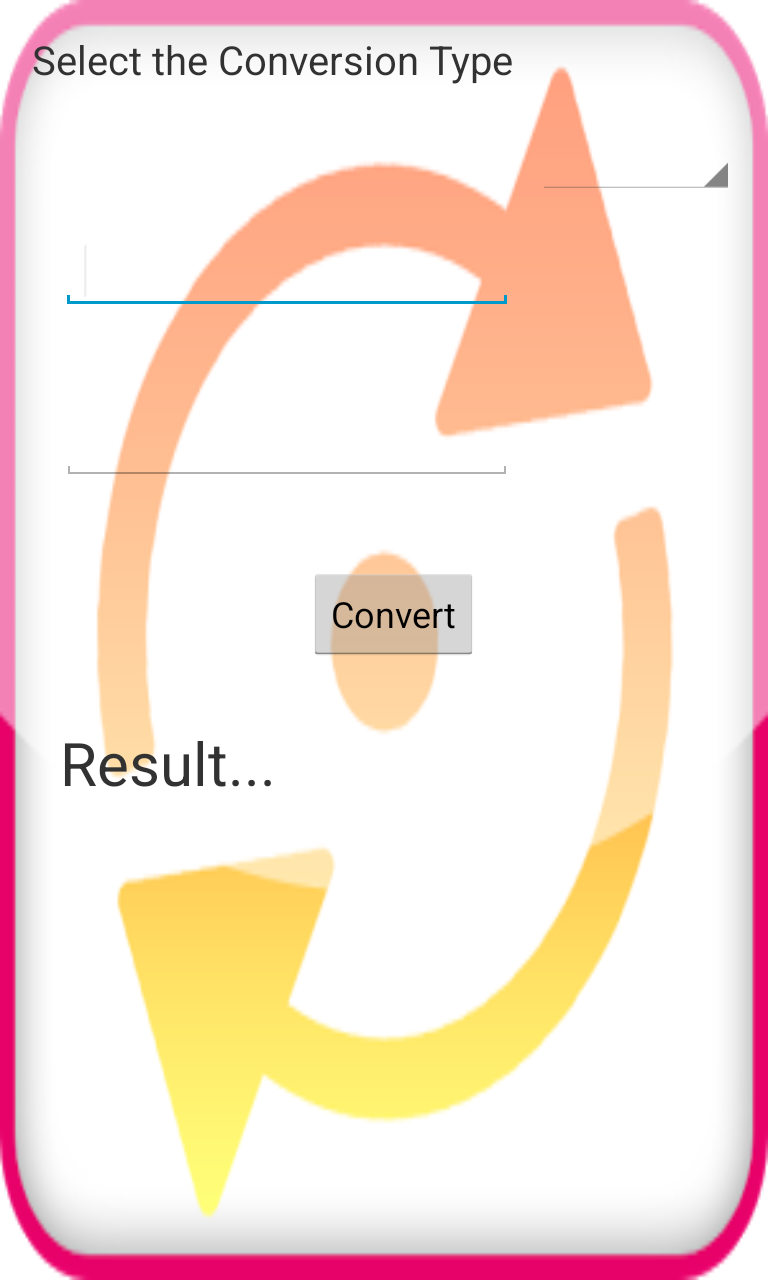
Repository: Shruthi06/designed-droid
Layout: conversion_assignment/res/layout/activity_main.xml
The author's editor kept a copy of each file at every save. The layout is drawn from the files as they stood at one save, then again after the next save.
It is drawn on a 768 x 1280 px phone screen (xhdpi) without system bars, with theme AppTheme; the app's code is not run.

Above is the layout before, as saved 2016-02-05 08:21:20.

After the next save:
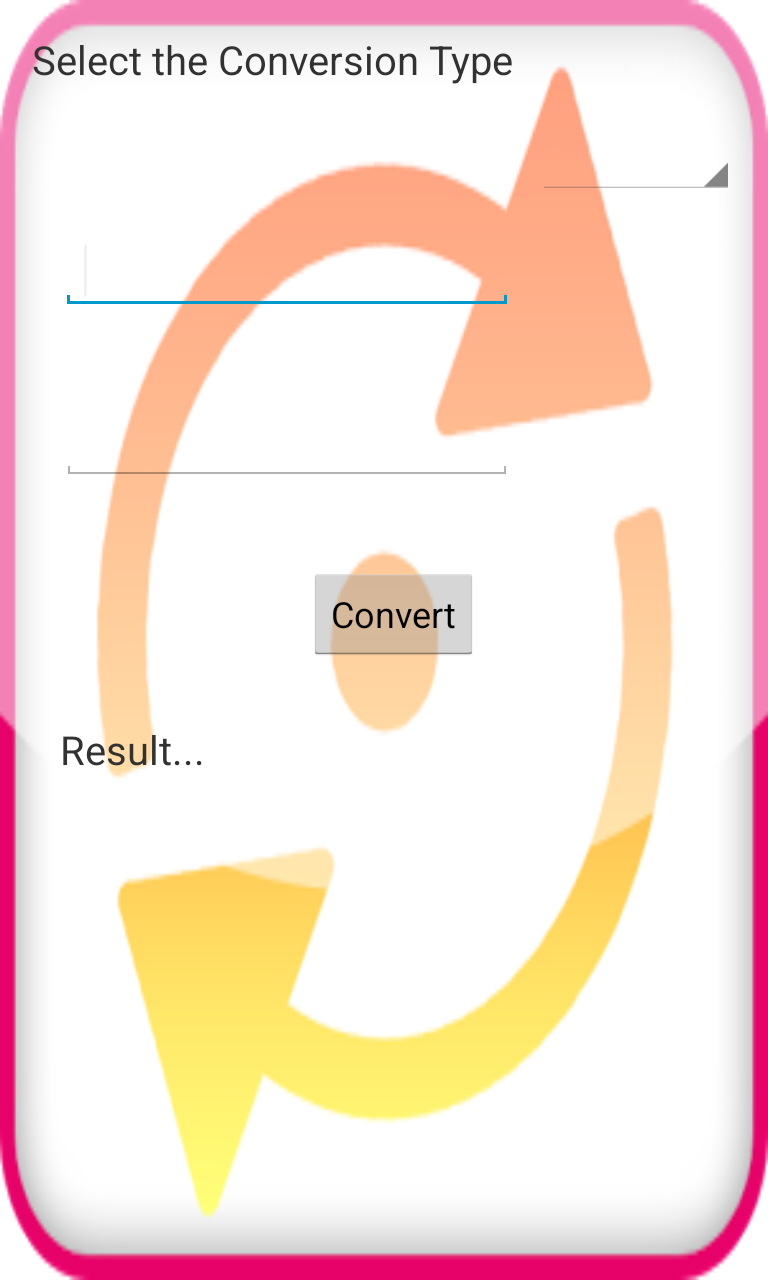
Saved 65 s later.
--- a/conversion_assignment/res/layout/activity_main.xml
+++ b/conversion_assignment/res/layout/activity_main.xml
@@ -69,6 +69,6 @@
         android:layout_below="@+id/buttonconvert"
         android:layout_marginTop="30dp"
         android:text="Result..."
-        android:textSize="30dp" />
+        android:textSize="20dp" />
 
 </RelativeLayout>
